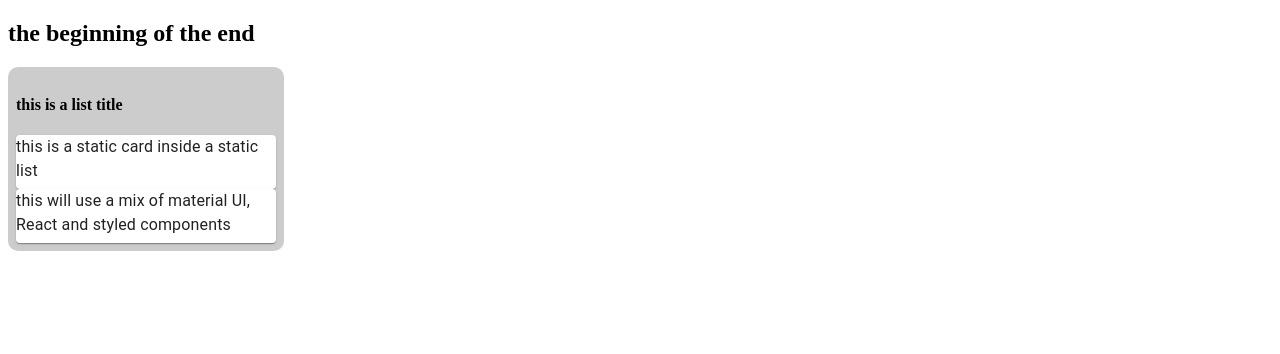
Repository: DesterStorm/Crello
Page: /
An editor plug-in stored every save of this project. The page is shown before and after a run of saves, followed by the edit.
The browser window is 1280 px wide. The pictures show the whole page.
The project was rebuilt for these pictures with package versions that can differ from the ones it lists, and the page was loaded fresh each time.

Above is the page before, as saved 2020-05-12 14:54:45.

### src/index.js
import React from 'react';
import ReactDOM from 'react-dom';
import { Provider } from "react-redux"
import store from './store'
import App from './components/App';
import * as serviceWorker from './serviceWorker';

ReactDOM.render(
  <Provider store={store}>
    <App />
  </Provider>,
  document.getElementById('root')
);

// If you want your app to work offline and load faster, you can change
// unregister() to register() below. Note this comes with some pitfalls.
// Learn more about service workers: https://bit.ly/CRA-PWA
serviceWorker.unregister();

### src/store/index.js
import { createStore } from 'redux'
import rootReducer from '../reducers'



const store = createStore(rootReducer)

export default store

### src/components/App.js
import React, { Component } from 'react';
import CrelloList from './CrelloList'
import { connect } from 'react-redux'

class App extends Component {
  render () {
    const { lists } =  this.props
    return (
      <div className="App">
        <h2>the beginning of the end</h2>
        { lists.map(list => (
          <CrelloList title={list.title} cards={list.cards} />
        ))}
      </div>
    );
  }
}

const mapStateToProps = state => ({
  lists: state.lists
})

export default connect(mapStateToProps)(App);

### src/reducers/index.js
import {combineReducers} from 'redux'
import listsReducer from './listsReducer'

export default combineReducers({
  lists: listsReducer
})

### src/components/CrelloList.js
import React from 'react'
import CrelloCard from './CrelloCard'

const CrelloList = ({title, cards}) => {
  return (
    <div style={styles.container}>
    <h4>{title}</h4>
    { cards.map(card => (
      <CrelloCard text={card.text} />
      ))}
    </div>
  )
}

const styles = {
  container: {
    backgroundColor: '#ccc',
    borderRadius: 10,
    width: 260,
    padding: 8
  }
}

export default CrelloList

### src/reducers/listsReducer.js

const initialState = [
  {
    title: 'this is a list title',
    id: 0,
    cards: [
      {
        id: 0,
        text: 'this is a static card inside a static list'
      },
      {
        id: 1,
        text: 'this will use a mix of material UI, React and styled components'
      }
    ]
  }
]

const listsReducer = (state = initialState, action) => {
  switch (action.type) {
    default:
      return state
  }
}

export default listsReducer

### src/components/CrelloCard.js
import React from 'react'
import Card from '@material-ui/core/Card';
import Typography from '@material-ui/core/Typography';
import CardContent from '@material-ui/core/CardContent';

const CrelloCard = ({text}) => {
  return(
    <Card>
      <Typography gutterBottom>
        {text}
      </Typography>
    </Card>
  )
}

export default CrelloCard

Loaded but not shown: public/index.html (common file); src/serviceWorker.js (common file)

After the next 6 saves:
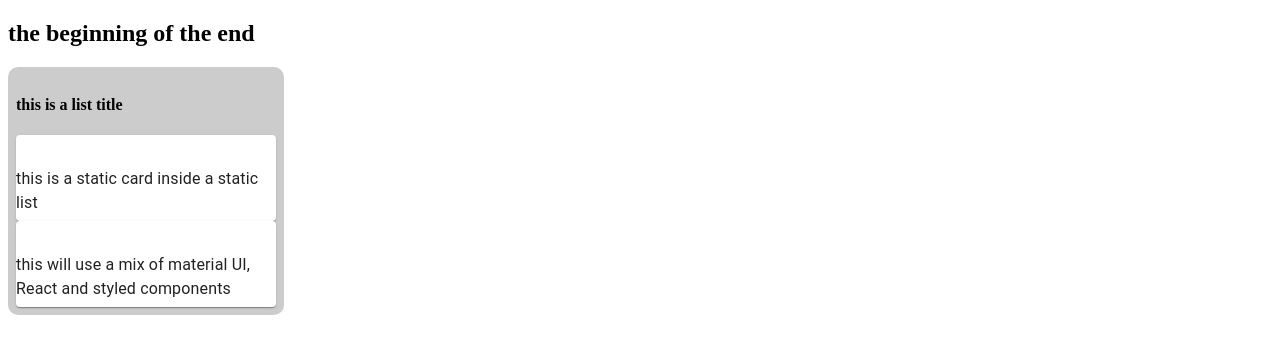
The 6 saves are shown as one change because they came seconds apart.
The last was saved 20 s later.
--- a/src/components/CrelloCard.js
+++ b/src/components/CrelloCard.js
@@ -6,6 +6,7 @@ import CardContent from '@material-ui/core/CardContent';
 const CrelloCard = ({text}) => {
   return(
     <Card>
+      <CardContent></CardContent>
       <Typography gutterBottom>
         {text}
       </Typography>
